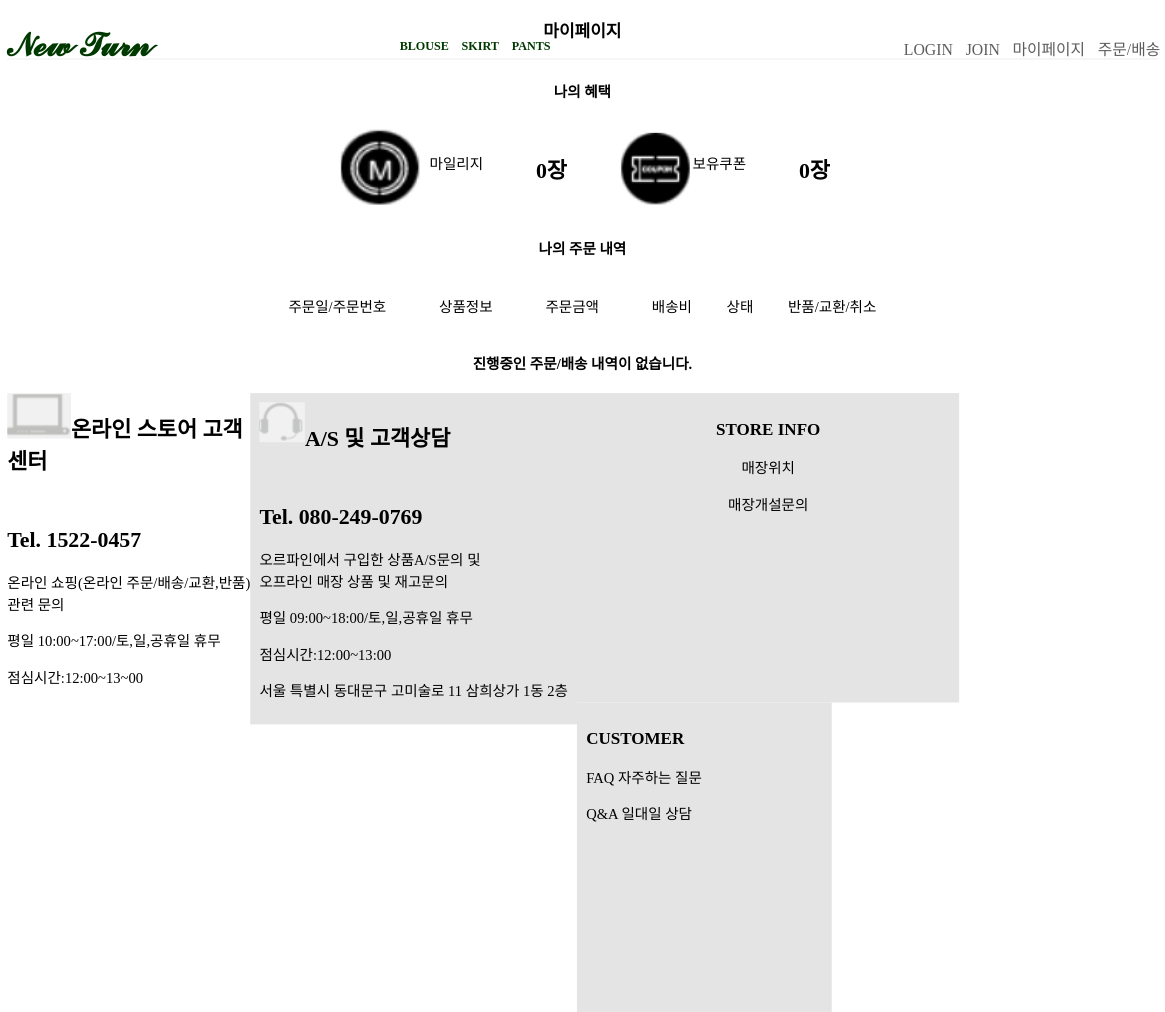
Repository: won0108/Port-Folio
Page: Creating_Homepage/Shopping/WebContent/마이페이지.html
These files come from the project's save history. The page is drawn as it stood at one moment and after the next save; the edit follows.
The browser window is 1280 px wide. The pictures show the whole page, at 91% of full size.

Above is the page before, as saved 2020-12-03 08:18:46.

After the next save:
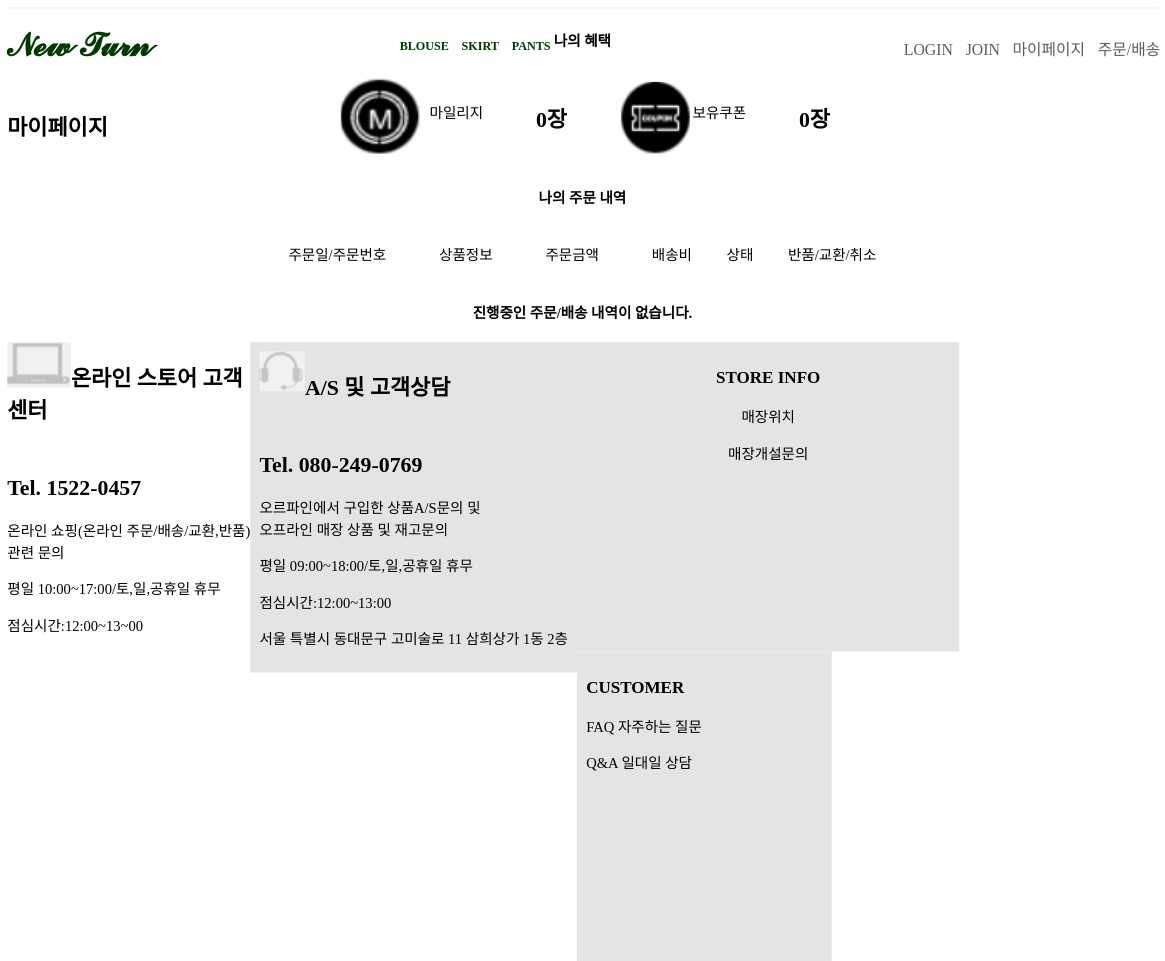
Saved 2 min 39 s later.
--- a/Creating_Homepage/Shopping/WebContent/마이페이지.html
+++ b/Creating_Homepage/Shopping/WebContent/마이페이지.html
@@ -67,7 +67,7 @@
 		</ul>
 	</div>
 
-<h3 align="center">마이페이지</h3>
+<h2 style="position: absolute; top: 100px;" align="center">마이페이지</h2>
 <hr color="#F6F6F6">
 <h4 align="center">나의 혜택</h4>
 <table align="center">
